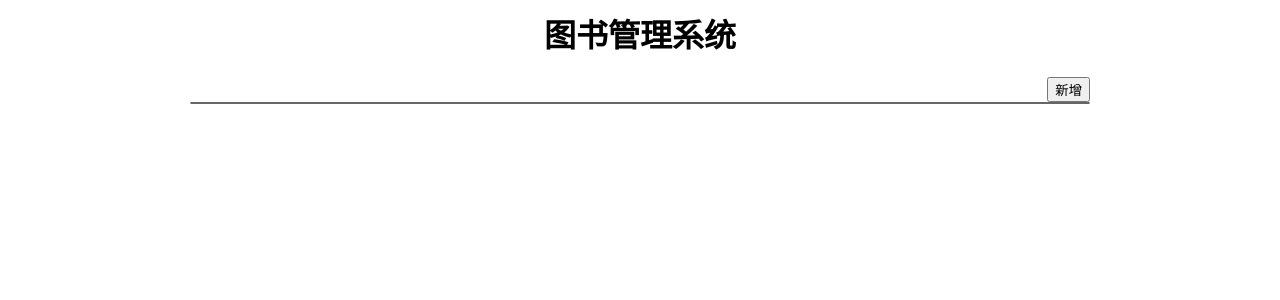
Repository: MITZ1979/home
Page: http://localhost/BookDemo/
These files come from the project's save history. The page is drawn as it stood at one moment and after the next save; the edit follows.
The browser window is 1280 px wide. The pictures show the whole page.
The page is served by Tomcat 9. Other server files are loaded and not shown. Queries for data that is not in the repository find no rows.

Above is the page before, as saved 2017-08-09 06:54:42.

### works/BookDemo/WebContent/index.jsp
<%@ page language="java" contentType="text/html; charset=UTF-8" pageEncoding="UTF-8"%>
<!DOCTYPE>
<html>
<head>
<meta charset="UTF-8">
<title>书籍管理系统</title>

<style>
.main {
	width: 900;
	margin: 10px auto;
	text-align: center;
}

.add {
	text-align: right;
}

.addbook {
	position: fixed;
	background: rgba(0, 0, 0, 0.6);
	left: 0;
	top: 0;
	right: 0;
	bottom: 0;
	z-index: 999;
	display: none;
}

.addbook form {
	width: 300px;
	height: 200px;
	padding: 10px;
	background: white;
	position: absolute;
	left: 50%; top: 50%;
	margin-top: -200px;
	margin-left: -150px;
}

.booklist {
	border: 1px solid #666;
	border-radius: 3px;
	display: flex;       /* flex:弹性盒子。也可用 float 来表示 */
	flex-flow: row wrap; /* 横向显示，会换行 */
	justify-content: space-between; /* 均匀分布 */
}

.book {
	margin: 20px;
	width: 180px;
	height: 220px;
	box-shadow: 1px 1px 3px #333;
}
</style>

<script src="js/jquery-3.1.1.min.js"></script>
<script>
	$(function() {

		// 加载图书列表
		$.ajax({
			method : "get",
			url : "booklist",
			dataType : "json",
			success : function(res) {
				var booklist = $(".booklist");
				$.each(res, function(k, v) {
					var bookhtml = "<div class='book'>"
					 + "<h3>书名：" + v.bookName + "</h3>"
					 + "<p>价格： " + v.price + "</p>"
					 + "</div>";
					booklist.append(bookhtml);
				});
			}
		});

		// 绑定事件，点击显示添加层
		$(".add button").click(function() {
			$(".addbook").show("fast");
		});

		// 取消按钮
		$(".cancel").click(function () {
			$(".addbook").hide("fast");
			return false;
		});

		// 提交按钮
		$(".submit").click(function () {
			if(window.confirm("are you sure?")) {
				return true;
			}
		});

	});
</script>

</head>
<body>
	<div class="container">

		<div class="main">
			<h1>图书管理系统</h1>
			<div class="add">
				<button>新增</button>
			</div>
			<div class="booklist"></div>
		</div>

		<div class="addbook">
			<form action="addbook" method="post">
				<table border="1">
					<tr>
						<th colspan=2>图书信息登记</th>
					</tr>
					<tr>
						<td>书名</td>
						<td><input name="bookName"></td>
					</tr>
					<tr>
						<td>价格</td>
						<td><input name="price"></td>
					</tr>
					<tr>
						<td>出版社</td>
						<td><input name="publisher"></td>
					</tr>
					<tr>
						<td>作者</td>
						<td><input name="author"></td>
					</tr>
					<tr>
						<td>日期</td>
						<td><input name="publishDate"></td>
					</tr>
				</table>
				<div style="text-align: center;">
					<button class='submit'>提交</button>
					<button class='cancel'>取消</button>
				</div>
			</form>
		</div>
	</div>

</body>
</html>

### works/BookDemo/src/web/BookListServlet.java
package web;

import java.io.IOException;
import java.util.List;

import javax.servlet.ServletException;
import javax.servlet.annotation.WebServlet;
import javax.servlet.http.HttpServlet;
import javax.servlet.http.HttpServletRequest;
import javax.servlet.http.HttpServletResponse;

import com.google.gson.Gson;

import dao.BookDAO;
import entity.Book;

@WebServlet("/booklist")
public class BookListServlet extends HttpServlet {

	@Override
	protected void doGet(HttpServletRequest req, HttpServletResponse resp) throws ServletException, IOException {
		// 닒鑒앴욋櫓삿혤鑒앴죄。횔빈，럿쀼죄。
		List<Book> books = new BookDAO().listAll();

		String bookJSON = new Gson().toJson(books);

		System.out.println(bookJSON);

		resp.getOutputStream().println(bookJSON);
	}

}

### works/BookDemo/src/dao/BookDAO.java
package dao;

import java.util.List;

import entity.Book;

public class BookDAO {

	public List<Book> listAll() {
		String sql = "select * from book";
		return BaseDao.preparedQuery(Book.class, sql);
	}

	public void addBook(Book book) {
		String sql = "insert into book (bookName, price, author, publisher, publishDate) values (?, ?, ?, ?, ?)";
		BaseDao.preparedUpdate(sql, book.getBookName(), book.getPrice(), book.getAuthor(), book.getPublisher(), book.getPublishDate());
	}

	public void deleteBook(Book book) {
		String sql = "delete from book where id = ?";
		BaseDao.preparedUpdate(sql, book.getId());
	}

}

### works/BookDemo/src/entity/Book.java
package entity;

import java.math.BigDecimal;

public class Book {
	private int id;
	private String bookName;
	private BigDecimal price;
	private String author;
	private String publisher;
	private String publishDate;

	public Book () {}

	public Book(String bookName, BigDecimal price, String author, String publisher, String publishDate) {
		this.bookName = bookName;
		this.price = price;
		this.author = author;
		this.publisher = publisher;
		this.publishDate = publishDate;
	}




	public int getId() {
		return id;
	}
	public void setId(int id) {
		this.id = id;
	}
	public String getBookName() {
		return bookName;
	}
	public void setBookName(String bookName) {
		this.bookName = bookName;
	}

	public BigDecimal getPrice() {
		return price;
	}
	public void setPrice(BigDecimal price) {
		this.price = price;
	}
	public String getAuthor() {
		return author;
	}
	public void setAuthor(String author) {
		this.author = author;
	}
	public String getPublisher() {
		return publisher;
	}
	public void setPublisher(String publisher) {
		this.publisher = publisher;
	}
	public String getPublishDate() {
		return publishDate;
	}
	public void setPublishDate(String publishDate) {
		this.publishDate = publishDate;
	}

}

### works/BookDemo/src/dao/BaseDao.java
package dao;

import java.lang.reflect.*;
import java.sql.*;
import java.util.*;


/*
 * 数据层：连接访问操作数据库的类
 */
public class BaseDao {

	//驱动
	private static String driver = "com.microsoft.sqlserver.jdbc.SQLServerDriver";
	//连接字符串
	private static String url = "jdbc:sqlserver://localhost:1434;DatabaseName=BookDB";
	//用户名
	public static String name = "sa";
	//密码
	public static String pwd = "123456";

	//加载驱动
	static{
		try {
			Class.forName(driver);
		} catch (ClassNotFoundException e) {
			e.printStackTrace();
		}
	}

	//获取连接对象的方法
	public static Connection getConnection() {
		try {
			return DriverManager.getConnection(url, name, pwd);
		} catch (Exception e) {
			e.printStackTrace();
			return null;
		}
	}

	//释放资源的方法
	public static void closeConn(Connection conn,Statement stmt,ResultSet rs) {
		try {
			if(rs!=null)rs.close();
			if(stmt!=null)stmt.close();
			if (conn != null)conn.close();
		} catch (SQLException e) {e.printStackTrace();}
	}

	//执行增删改的方法
	public static int execUpdate(String sql){
		//获取连接对象
		Connection conn = getConnection();
		//定义语句执行对象
		Statement stmt = null;
		try {
			//获取语句执行对象
			stmt = conn.createStatement();
			//发送接收到的语句到数据库并执行
			return stmt.executeUpdate(sql);

		} catch (SQLException e) {
			e.printStackTrace();
		} finally{
			//释放资源
			closeConn(conn,stmt,null);
		}
		return 0;
	}

	//执行增删改的方法(预编译)
	public static int preparedUpdate(String sql,Object...args){
		//获取连接对象
		Connection conn = getConnection();
		//定义语句执行对象(预编译)
		PreparedStatement stmt = null;
		try {
			//获取语句执行对象(预编译)
			stmt = conn.prepareStatement(sql);
			//设置参数
			for (int i = 0; i < args.length; i++) {
				stmt.setObject(i+1, args[i]);
			}
			//发送接收到的语句到数据库并执行
			return stmt.executeUpdate();

		} catch (SQLException e) {
			e.printStackTrace();
		} finally{
			//释放资源
			closeConn(conn,stmt,null);
		}
		return 0;
	}

	//执行查询的方法(预编译)
	public static <T> List<T> preparedQuery(Class<T> classObj,String sql,Object...args){

		//获取连接对象
		Connection conn = getConnection();
		//定义语句执行对象(预编译)
		PreparedStatement stmt = null;
		//定义结果集对象
		ResultSet rs = null;

		try {
			//获取语句执行对象(预编译)
			stmt = conn.prepareStatement(sql);

			//设置参数
			for (int i = 0; i < args.length; i++) {
				stmt.setObject(i+1, args[i]);
			}

			//发送接收到的语句到数据库并执行
			rs = stmt.executeQuery();

			//获取结果集的所有列信息的对象
			ResultSetMetaData rsmd = rs.getMetaData();

			List<T> list = new ArrayList<T>();

			while(rs.next()){

				//通过反射动态获取类信息来创建对象
				T obj = (T)classObj.getConstructor().newInstance();

				//根据总列数，对所有列进行循环
				for (int i = 1; i <= rsmd.getColumnCount(); i++) {
					//获取第i列的列名
					String fieldName = rsmd.getColumnName(i);
					//通过反射获取对象的某个属性
					Field field = classObj.getDeclaredField(fieldName);
					field.setAccessible(true);
					//给某个对象的某个属性赋值
					field.set(obj, rs.getObject(i));
				}

				list.add(obj);
			}

			return list;

		} catch (SQLException e) {
			e.printStackTrace();
		} catch (Exception e) {
			e.printStackTrace();
		} finally{
			//释放资源
			closeConn(conn,stmt,rs);
		}

		return null;
	}


	/*//执行查询的方法(预编译_注解)
	public static <T> List<T> execPreparedQuery(Class<T> classObj,String sql,Object...args){
		//获取连接对象
		Connection conn = getConnection();
		//定义语句执行对象(预编译)
		PreparedStatement stmt = null;
		//定义结果集对象
		ResultSet rs = null;

		try {
			//获取语句执行对象(预编译)
			stmt = conn.prepareStatement(sql);

			//设置参数
			for (int i = 0; i < args.length; i++) {
				stmt.setObject(i+1, args[i]);
			}

			//发送接收到的语句到数据库并执行
			rs = stmt.executeQuery();

			//获取结果集的所有列信息的对象
			ResultSetMetaData rsmd = rs.getMetaData();

			List<T> list = new ArrayList<T>();

			while(rs.next()){
				//通过反射动态获取类信息来创建对象
				T obj = classObj.getConstructor().newInstance();
				//循环一次取当前行的一列数据
				for (int i = 1; i <= rsmd.getColumnCount(); i++) {
					//获取第i列的列名
					String dbFieldName = rsmd.getColumnName(i);
					//通过反射获取对象的所有属性
					Field[] fields = classObj.getDeclaredFields();

					for(Field field : fields){
						//判断当前属性上是否有FieldName类型的注解
						if(field.isAnnotationPresent(FieldName.class)){
							//获取注解信息
							String fieldName = field.getAnnotation(FieldName.class).value();
							//判断注解的值是否与数据库表的字段名一致
							if(dbFieldName.equals(fieldName)){
								field.setAccessible(true);
								field.set(obj, rs.getObject(i));
								break;
							}
						}
					}
				}

				list.add(obj);
			}

			return list;

		} catch (SQLException e) {
			e.printStackTrace();
		} catch (Exception e) {
			e.printStackTrace();
		} finally{
			//释放资源
			closeConn(conn,stmt,rs);
		}

		return null;
	}
	*/
}

Loaded but not shown: works/BookDemo/WebContent/js/jquery-3.1.1.min.js (library)

After the next save:
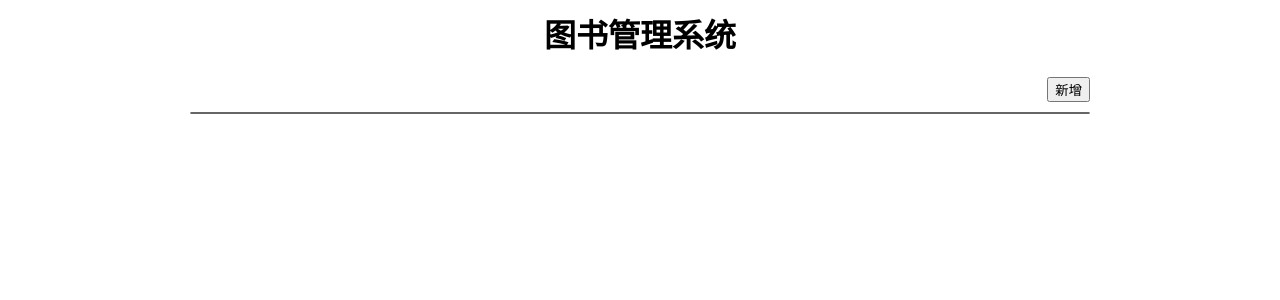
Saved 28 s later.
--- a/works/BookDemo/WebContent/index.jsp
+++ b/works/BookDemo/WebContent/index.jsp
@@ -14,6 +14,7 @@
 
 .add {
 	text-align: right;
+	margin: 10px 0;
 }
 
 .addbook {
